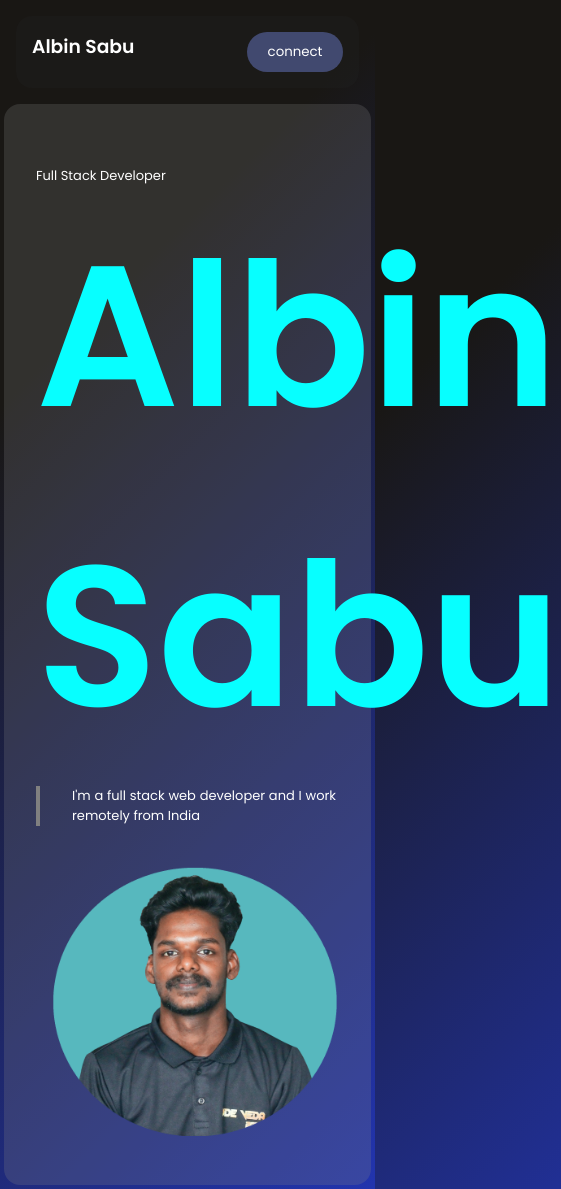
Repository: albinsabu2023/personalwebsite
Page: index.html
An editor plug-in stored every save of this project. The page is shown before and after a run of saves, followed by the edit.
The browser window is 375 px wide. The page is 561 px wide, then 375 px, so the pictures cover 561 px, including what lies to the right of the window. The pictures show the whole page.

Above is the page before, as saved 2023-09-02 17:36:21.

After the next 3 saves:
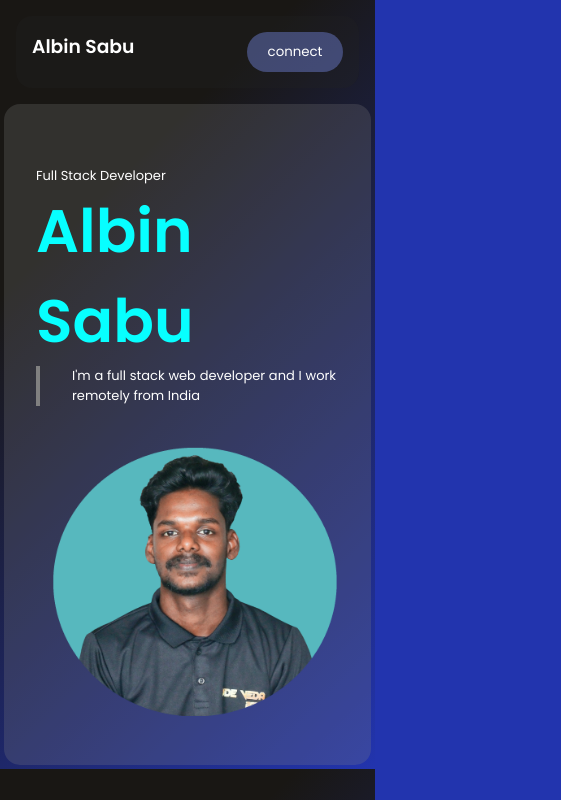
The 3 saves are shown as one change because they came seconds apart.
The last was saved 16 s later.
--- a/media.css
+++ b/media.css
@@ -17,7 +17,7 @@
         font-size: small;
     }
     .profile__text h1{
-        font-size: 200px;
+        font-size: 60px;
     }
 }
 
